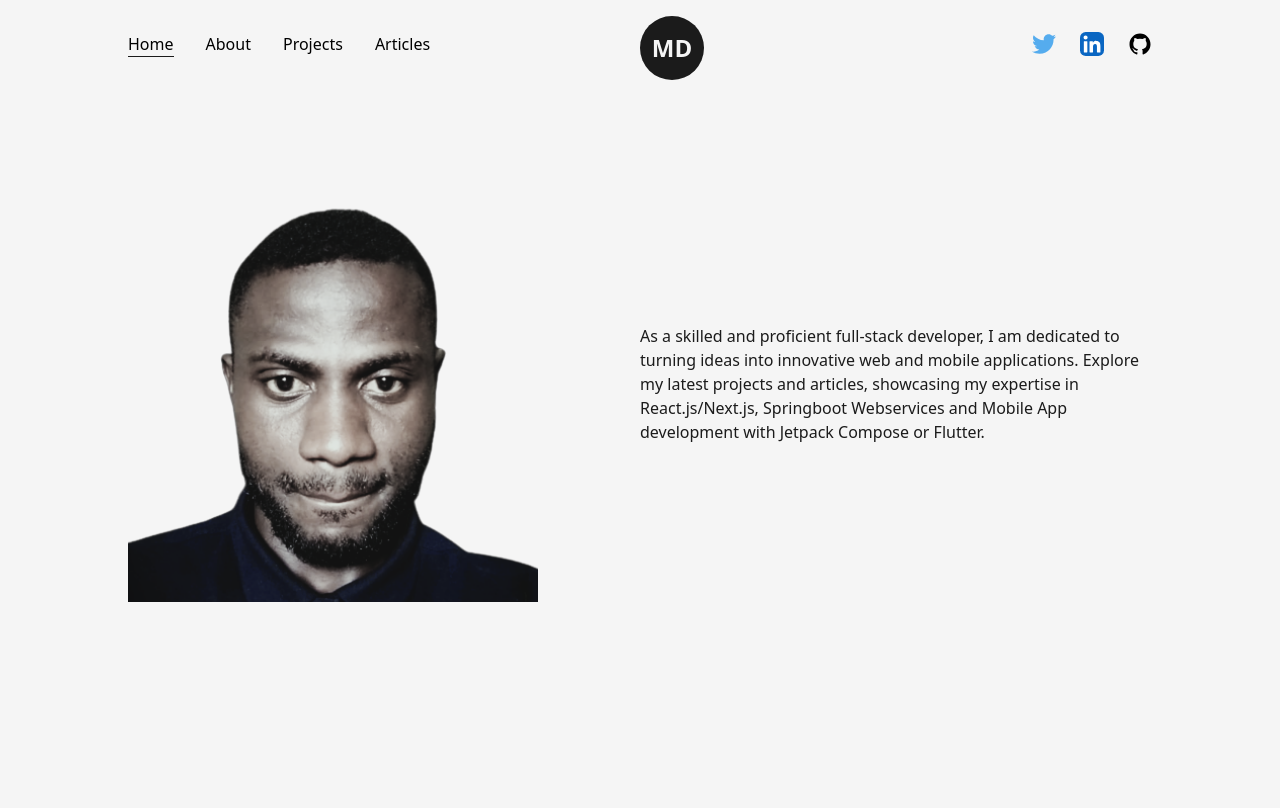
Repository: marcusdashe/situs
Page: /
An editor plug-in stored every save of this project. The page is shown before and after the next save, followed by the edit.
The browser window is 1280 px wide. The pictures show the whole page.
The project was rebuilt for these pictures with package versions that can differ from the ones it lists, and the page was loaded fresh each time. The framework's server and built-in components were replaced by stand-ins that run in the browser.

Above is the page before, as saved 2023-06-15 17:40:10.

After the next save:
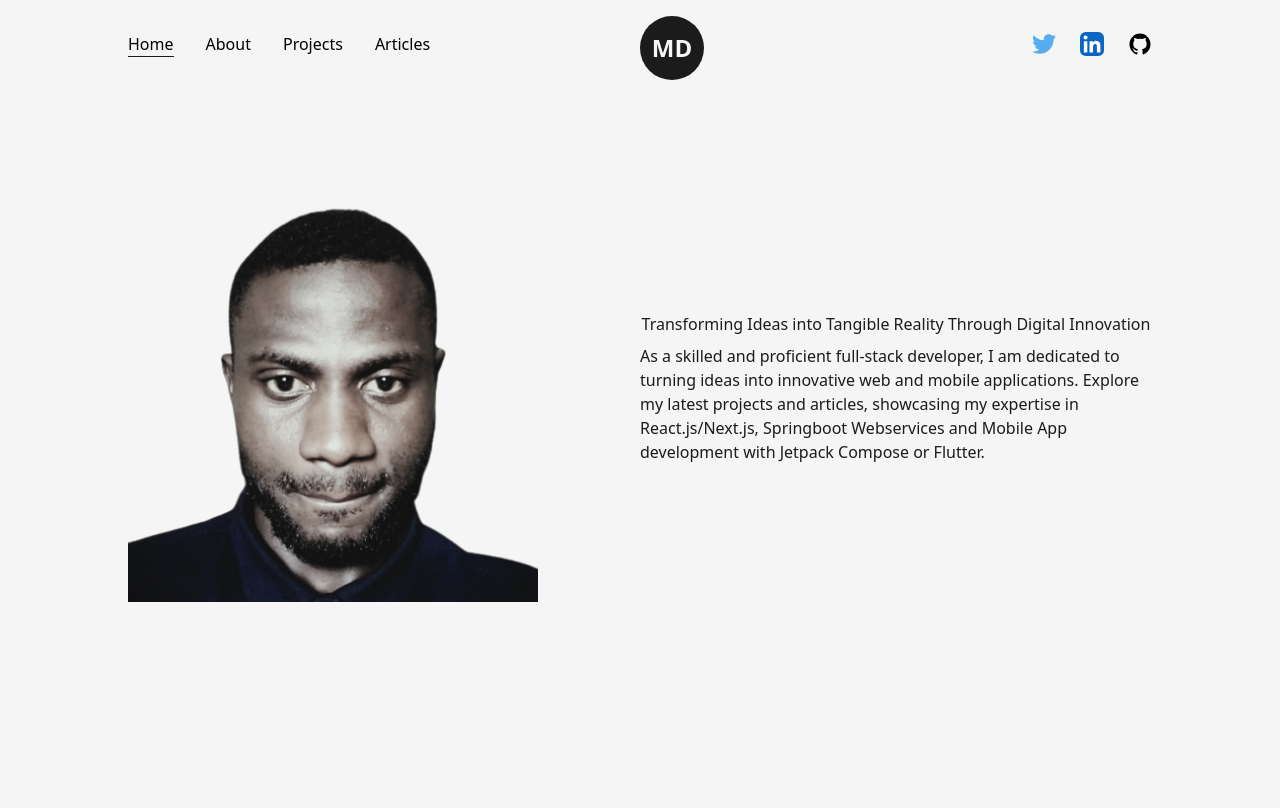
Saved 2 min 25 s later.
--- a/src/components/AnimatedText.jsx
+++ b/src/components/AnimatedText.jsx
@@ -2,8 +2,8 @@ import React from "react";
 
 const AnimatedText = ({ text, className = "" }) => {
   return (
-    <div>
-      <h1></h1>
+    <div className="w-full mx-auto py-2 flex items-center justify-center text-center overflow-hidden ">
+      <h1>{text}</h1>
     </div>
   );
 };
